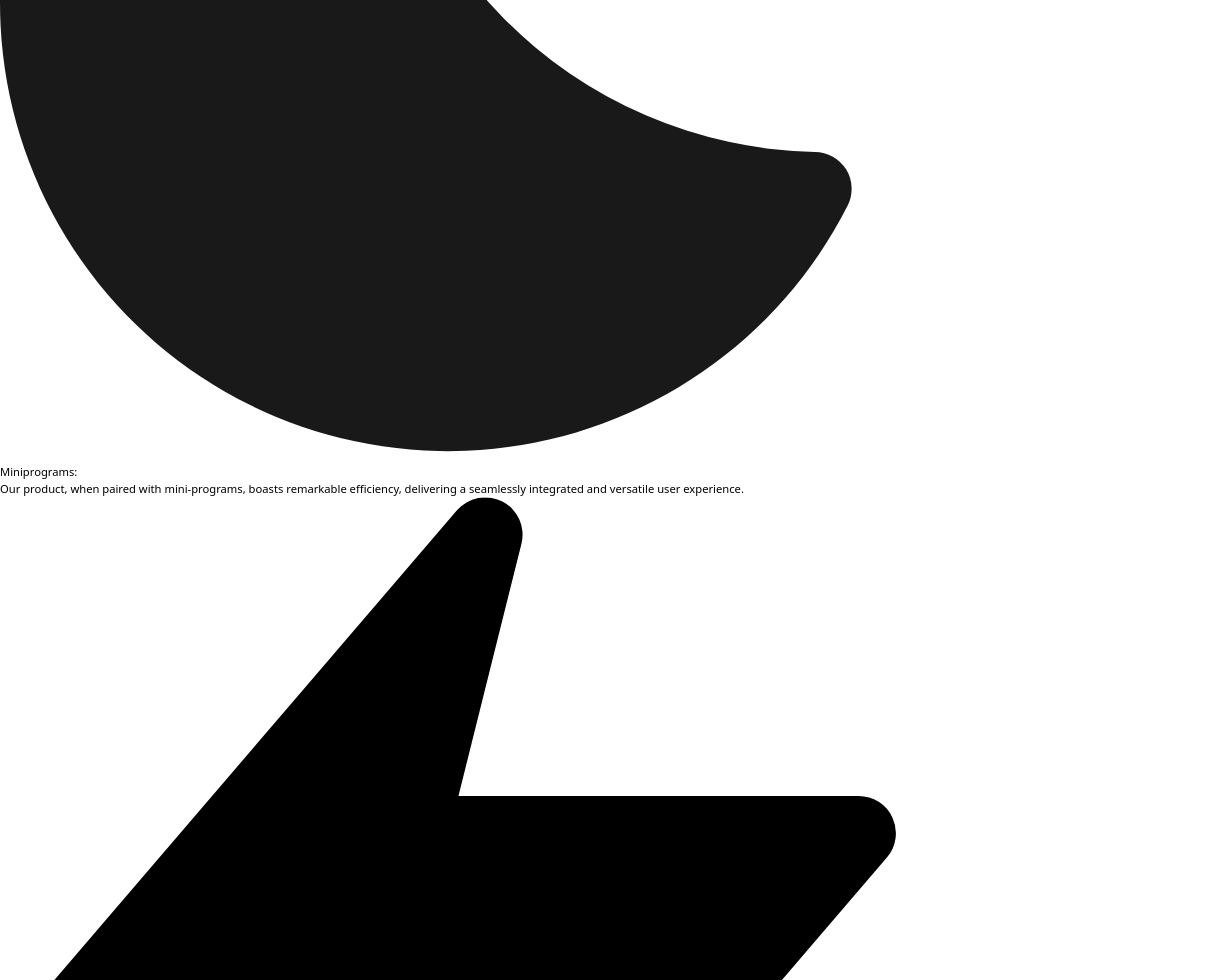
Repository: BarrySong97/flysky-landing
Page: /
An editor plug-in stored every save of this project. The page is shown before and after the next save, followed by the edit.
The browser window is 1280 px wide. The page is 1760 px wide, so the pictures cover 1760 px, including what lies to the right of the window. The pictures show the part of the page from y = 4851 to 6251 px (the page is 23751 px tall), at 70% of full size.
The project was rebuilt for these pictures with package versions that can differ from the ones it lists, and the page was loaded fresh each time. Also part of the build but not shown: vite.config.js, src/partials/Banner.jsx, src/pages/SignIn.jsx, src/pages/SignUp.jsx, src/pages/ResetPassword.jsx.

Above is the page before, as saved 2023-12-10 09:50:23.

### index.html
<!DOCTYPE html>
<html lang="en">
  <head>
    <meta charset="UTF-8" />
    <link rel="icon" type="image/svg+xml" href="/src/favicon.svg" />
    <meta name="viewport" content="width=device-width, initial-scale=1.0" />
    <title>Vite App</title>
  </head>
  <body class="font-inter antialiased bg-white text-gray-900 tracking-tight">
    <noscript>You need to enable JavaScript to run this app.</noscript>
    <script>
        if (localStorage.getItem('sidebar-expanded') == 'true') {
            document.querySelector('body').classList.add('sidebar-expanded');
        } else {
            document.querySelector('body').classList.remove('sidebar-expanded');
        }
    </script>
    <div id="root"></div>
    <script type="module" src="/src/main.jsx"></script>
  </body>
</html>

### src/App.jsx
import React, { useEffect } from 'react';
import {
  Routes,
  Route,
  useLocation
} from 'react-router-dom';

import 'aos/dist/aos.css';
import './css/style.css';

import AOS from 'aos';

import Home from './pages/Home';
import SignIn from './pages/SignIn';
import SignUp from './pages/SignUp';
import ResetPassword from './pages/ResetPassword';

function App() {

  const location = useLocation();

  useEffect(() => {
    AOS.init({
      once: true,
      disable: 'phone',
      duration: 700,
      easing: 'ease-out-cubic',
    });
  });

  useEffect(() => {
    document.querySelector('html').style.scrollBehavior = 'auto'
    window.scroll({ top: 0 })
    document.querySelector('html').style.scrollBehavior = ''
  }, [location.pathname]); // triggered on route change

  return (
    <>
      <Routes>
        <Route exact path="/" element={<Home />} />
        <Route path="/signin" element={<SignIn />} />
        <Route path="/signup" element={<SignUp />} />
        <Route path="/reset-password" element={<ResetPassword />} />
      </Routes>
    </>
  );
}

export default App;

### src/pages/Home.jsx
import React from "react";

import Header from "../partials/Header";
import HeroHome from "../partials/HeroHome";
import FeaturesHome from "../partials/Features";
import FeaturesBlocks from "../partials/FeaturesBlocks";
import Testimonials from "../partials/Testimonials";
import Newsletter from "../partials/Newsletter";
import Footer from "../partials/Footer";
import Banner from "../partials/Banner";

function Home() {
  return (
    <div className="flex flex-col min-h-screen overflow-hidden">
      {/*  Site header */}
      <Header />

      {/*  Page content */}
      <main className="flex-grow">
        {/*  Page sections */}
        <HeroHome />
        <FeaturesHome />
        <FeaturesBlocks />
        <Testimonials />
        <Newsletter />
      </main>

      {/*  Site footer */}
      <Footer />
    </div>
  );
}

export default Home;

### src/css/additional-styles/utility-patterns.css
/* Typography */
.h1 {
    @apply text-4xl font-extrabold leading-tight tracking-tighter;
}

.h2 {
    @apply text-3xl font-extrabold leading-tight tracking-tighter;
}

.h3 {
    @apply text-3xl font-bold leading-tight;
}

.h4 {
    @apply text-2xl font-bold leading-snug tracking-tight;
}

@screen md {
    .h1 {
        @apply text-5xl;
    }

    .h2 {
        @apply text-4xl;
    }
}

/* Buttons */
.btn,
.btn-sm {
    @apply font-medium inline-flex items-center justify-center border border-transparent rounded leading-snug transition duration-150 ease-in-out;
}

.btn {
    @apply px-8 py-3 shadow-lg;
}

.btn-sm {
    @apply px-4 py-2 shadow;
}

/* Forms */
.form-input,
.form-textarea,
.form-multiselect,
.form-select,
.form-checkbox,
.form-radio {
    @apply bg-white border border-gray-300 focus:border-gray-500;
}

.form-input,
.form-textarea,
.form-multiselect,
.form-select,
.form-checkbox {
    @apply rounded;
}

.form-input,
.form-textarea,
.form-multiselect,
.form-select {
    @apply py-3 px-4;
}

.form-input,
.form-textarea {
    @apply placeholder-gray-500;
}

.form-select {
    @apply pr-10;
}

.form-checkbox,
.form-radio {
    @apply text-gray-800 rounded-sm;
}

### src/css/additional-styles/range-slider.css
/* Range slider */
:root {
    --range-thumb-size: 36px;
}

input[type=range] {
    appearance: none;
    background: #ccc;
    border-radius: 3px;
    height: 6px;
    margin-top: (--range-thumb-size - 6px) * 0.5;
    margin-bottom: (--range-thumb-size - 6px) * 0.5;
    --thumb-size: #{--range-thumb-size};
}

input[type=range]::-webkit-slider-thumb {
    appearance: none;
    -webkit-appearance: none;
    background-color: #000;
    background-image: url("data:[embedded picture, 172 characters]");
    background-position: center;
    background-repeat: no-repeat;
    border: 0;
    border-radius: 50%;
    cursor: pointer;
    height: --range-thumb-size;
    width: --range-thumb-size;
}

input[type=range]::-moz-range-thumb {
    background-color: #000;
    background-image: url("data:[embedded picture, 172 characters]");
    background-position: center;
    background-repeat: no-repeat;
    border: 0;
    border: none;
    border-radius: 50%;
    cursor: pointer;
    height: --range-thumb-size;
    width: --range-thumb-size;
}

input[type=range]::-ms-thumb {
    background-color: #000;
    background-image: url("data:[embedded picture, 172 characters]");
    background-position: center;
    background-repeat: no-repeat;
    border: 0;
    border-radius: 50%;
    cursor: pointer;
    height: --range-thumb-size;
    width: --range-thumb-size;
}

input[type=range]::-moz-focus-outer {
    border: 0;
}

### src/partials/Features.jsx
import React, { useState, useRef, useEffect } from "react";
import Transition from "../utils/Transition";

import FeaturesBg from "../images/features-bg.png";
import FeaturesElement from "../images/features-element.png";

function Features() {
  const [tab, setTab] = useState(1);

  const tabs = useRef(null);

  const heightFix = () => {
    if (tabs.current.children[tab]) {
      tabs.current.style.height =
        tabs.current.children[tab - 1].offsetHeight + "px";
    }
  };

  useEffect(() => {
    heightFix();
    // eslint-disable-next-line react-hooks/exhaustive-deps
  }, [tab]);

  return (
    <section className="relative">
      {/* Section background (needs .relative class on parent and next sibling elements) */}
      <div
        className="absolute inset-0 bg-gray-100 pointer-events-none mb-16"
        aria-hidden="true"
      ></div>
      <div className="absolute left-0 right-0 m-auto w-px p-px h-20 bg-gray-200 transform -translate-y-1/2"></div>

      <div className="relative max-w-6xl mx-auto px-4 sm:px-6">
        <div className="pt-12 md:pt-20">
          {/* Section header */}
          <div className="max-w-3xl mx-auto text-center pb-12 md:pb-16">
            <h1 className="h2 mb-4">Explore the solutions</h1>
            <p className="text-xl text-gray-600">
              Discover a myriad of solutions tailored for your school's needs.
              Dive into a comprehensive suite of tools designed to streamline
              administrative tasks, manage student records efficiently, and
              facilitate seamless communication among staff, students, and
              parents.
            </p>
          </div>

          {/* Section content */}
          <div className="md:grid md:grid-cols-12 md:gap-6">
            {/* Content */}
            <div
              className="max-w-xl md:max-w-none md:w-full mx-auto md:col-span-7 lg:col-span-6 md:mt-6"
              data-aos="fade-right"
            >
              <div className="md:pr-4 lg:pr-12 xl:pr-16 mb-8">
                <h3 className="h3 mb-3">Powerful suite of tools</h3>
              </div>
              {/* Tabs buttons */}
              <div className="mb-8 md:mb-0">
                <a
                  className={`flex items-center text-lg p-5 rounded border transition duration-300 ease-in-out mb-3 ${
                    tab !== 1
                      ? "bg-white shadow-md border-gray-200 hover:shadow-lg"
                      : "bg-gray-200 border-transparent"
                  }`}
                  href="#0"
                  onClick={(e) => {
                    e.preventDefault();
                    setTab(1);
                  }}
                >
                  <div>
                    <div className="font-bold leading-snug tracking-tight mb-1">
                      Schedule Management:
                    </div>
                    <div className="text-gray-600">
                      Simplify class, event, and resource scheduling
                      effortlessly, maximizing efficiency in faculty, student.
                    </div>
                  </div>
                  <div className="flex justify-center items-center w-8 h-8 bg-white rounded-full shadow flex-shrink-0 ml-3">
                    <svg
                      className="w-3 h-3 fill-current"
                      viewBox="0 0 12 12"
                      xmlns="http://www.w3.org/2000/svg"
                    >
                      <path
                        d="M11.854.146a.5.5 0 00-.525-.116l-11 4a.5.5 0 00-.015.934l4.8 1.921 1.921 4.8A.5.5 0 007.5 12h.008a.5.5 0 00.462-.329l4-11a.5.5 0 00-.116-.525z"
                        fillRule="nonzero"
                      />
                    </svg>
                  </div>
                </a>
                <a
                  className={`flex items-center text-lg p-5 rounded border transition duration-300 ease-in-out mb-3 ${
                    tab !== 2
                      ? "bg-white shadow-md border-gray-200 hover:shadow-lg"
                      : "bg-gray-200 border-transparent"
                  }`}
                  href="#0"
                  onClick={(e) => {
                    e.preventDefault();
                    setTab(2);
                  }}
                >
                  <div>
                    <div className="font-bold leading-snug tracking-tight mb-1">
                      Calendar Organization:
                    </div>
                    <div className="text-gray-600">
                      Centralize all school-related events and deadlines within
                      an intuitive calendar interface.
                    </div>
                  </div>
                  <div className="flex justify-center items-center w-8 h-8 bg-white rounded-full shadow flex-shrink-0 ml-3">
                    <svg
                      className="w-3 h-3 fill-current"
                      viewBox="0 0 12 12"
                      xmlns="http://www.w3.org/2000/svg"
                    >
                      <path
                        d="M11.334 8.06a.5.5 0 00-.421-.237 6.023 6.023 0 01-5.905-6c0-.41.042-.82.125-1.221a.5.5 0 00-.614-.586 6 6 0 106.832 8.529.5.5 0 00-.017-.485z"
                        fill="#191919"
                        fillRule="nonzero"
                      />
                    </svg>
                  </div>
                </a>
                <a
                  className={`flex items-center text-lg p-5 rounded border transition duration-300 ease-in-out mb-3 ${
                    tab !== 3
                      ? "bg-white shadow-md border-gray-200 hover:shadow-lg"
                      : "bg-gray-200 border-transparent"
                  }`}
                  href="#0"
                  onClick={(e) => {
                    e.preventDefault();
                    setTab(3);
                  }}
                >
                  <div>
                    <div className="font-bold leading-snug tracking-tight mb-1">
                      Automated Invoice PDFs and Email Integration:
                    </div>
                    <div className="text-gray-600">
                      Billing processes by automating professional invoice
                      generation.
                    </div>
                  </div>
                  <div className="flex justify-center items-center w-8 h-8 bg-white rounded-full shadow flex-shrink-0 ml-3">
                    <svg
                      className="w-3 h-3 fill-current"
                      viewBox="0 0 12 12"
                      xmlns="http://www.w3.org/2000/svg"
                    >
                      <path
                        d="M11.334 8.06a.5.5 0 00-.421-.237 6.023 6.023 0 01-5.905-6c0-.41.042-.82.125-1.221a.5.5 0 00-.614-.586 6 6 0 106.832 8.529.5.5 0 00-.017-.485z"
                        fill="#191919"
                        fillRule="nonzero"
                      />
                    </svg>
                  </div>
                </a>
                <a
                  className={`flex items-center text-lg p-5 rounded border transition duration-300 ease-in-out mb-3 ${
                    tab !== 4
                      ? "bg-white shadow-md border-gray-200 hover:shadow-lg"
                      : "bg-gray-200 border-transparent"
                  }`}
                  href="#0"
                  onClick={(e) => {
                    e.preventDefault();
                    setTab(4);
                  }}
                >
                  <div>
                    <div className="font-bold leading-snug tracking-tight mb-1">
                      Miniprograms:
                    </div>
                    <div className="text-gray-600">
                      Our product, when paired with mini-programs, boasts
                      remarkable efficiency, delivering a seamlessly integrated
                      and versatile user experience.
                    </div>
                  </div>
                  <div className="flex justify-center items-center w-8 h-8 bg-white rounded-full shadow flex-shrink-0 ml-3">
                    <svg
                      className="w-3 h-3 fill-current"
                      viewBox="0 0 12 12"
                      xmlns="http://www.w3.org/2000/svg"
                    >
                      <path d="M11.953 4.29a.5.5 0 00-.454-.292H6.14L6.984.62A.5.5 0 006.12.173l-6 7a.5.5 0 00.379.825h5.359l-.844 3.38a.5.5 0 00.864.445l6-7a.5.5 0 00.075-.534z" />
                    </svg>
                  </div>
                </a>
              </div>
            </div>

            {/* Tabs items */}
            <div
              className="max-w-xl md:max-w-none md:w-full mx-auto md:col-span-5 lg:col-span-6 mb-8 md:mb-0 md:order-1"
              data-aos="zoom-y-out"
              ref={tabs}
            >
              <div className="relative flex flex-col text-center lg:text-right">
                {/* Item 1 */}
                <Transition
                  show={tab === 1}
                  appear={true}
                  className="w-full"
                  enter="transition ease-in-out duration-700 transform order-first"
                  enterStart="opacity-0 translate-y-16"
                  enterEnd="opacity-100 translate-y-0"
                  leave="transition ease-in-out duration-300 transform absolute"
                  leaveStart="opacity-100 translate-y-0"
                  leaveEnd="opacity-0 -translate-y-16"
                >
                  <div className="relative inline-flex flex-col">
                    <img
                      className="md:max-w-none mx-auto rounded"
                      src={FeaturesBg}
                      width="500"
                      height="462"
                      alt="Features bg"
                    />
                    <img
                      className="md:max-w-none absolute w-full left-0 transform animate-float"
                      src={FeaturesElement}
                      width="500"
                      height="44"
                      alt="Element"
                      style={{ top: "30%" }}
                    />
                  </div>
                </Transition>
                {/* Item 2 */}
                <Transition
                  show={tab === 2}
                  appear={true}
                  className="w-full"
                  enter="transition ease-in-out duration-700 transform order-first"
                  enterStart="opacity-0 translate-y-16"
                  enterEnd="opacity-100 translate-y-0"
                  leave="transition ease-in-out duration-300 transform absolute"
                  leaveStart="opacity-100 translate-y-0"
                  leaveEnd="opacity-0 -translate-y-16"
                >
                  <div className="relative inline-flex flex-col">
                    <img
                      className="md:max-w-none mx-auto rounded"
                      src={FeaturesBg}
                      width="500"
                      height="462"
                      alt="Features bg"
                    />
                    <img
                      className="md:max-w-none absolute w-full left-0 transform animate-float"
                      src={FeaturesElement}
                      width="500"
                      height="44"
                      alt="Element"
                      style={{ top: "30%" }}
                    />
                  </div>
                </Transition>
                {/* Item 3 */}
                <Transition
                  show={tab === 3}
                  appear={true}
                  className="w-full"
                  enter="transition ease-in-out duration-700 transform order-first"
                  enterStart="opacity-0 translate-y-16"
                  enterEnd="opacity-100 translate-y-0"
                  leave="transition ease-in-out duration-300 transform absolute"
                  leaveStart="opacity-100 translate-y-0"
                  leaveEnd="opacity-0 -translate-y-16"
                >
                  <div className="relative inline-flex flex-col">
                    <img
                      className="md:max-w-none mx-auto rounded"
                      src={FeaturesBg}
                      width="500"
                      height="462"
                      alt="Features bg"
                    />
                    <img
                      className="md:max-w-none absolute w-full left-0 transform animate-float"
                      src={FeaturesElement}
                      width="500"
                      height="44"
                      alt="Element"
                      style={{ top: "30%" }}
                    />
                  </div>
                </Transition>
              </div>
            </div>
          </div>
        </div>
      </div>
    </section>
  );
}

export default Features;

### src/utils/Modal.jsx
import React, { useEffect, useRef } from 'react';
import PropTypes from 'prop-types';
import Transition from '../utils/Transition';

function Modal({
  children,
  id,
  ariaLabel,
  show,
  handleClose
}) {

  const modalContent = useRef(null);

  // close the modal on click outside
  useEffect(() => {
    const clickHandler = ({ target }) => {
      if (!show || modalContent.current.contains(target)) return;
      handleClose();
    };
    document.addEventListener('click', clickHandler);
    return () => document.removeEventListener('click', clickHandler);
  });

  // close the modal if the esc key is pressed
  useEffect(() => {
    const keyHandler = ({ keyCode }) => {
      if (keyCode !== 27) return;
      handleClose();
    };
    document.addEventListener('keydown', keyHandler);

    return () => document.removeEventListener('keydown', keyHandler);
  });

  return (
    <>
      {/* Modal backdrop */}
      <Transition
        className="fixed inset-0 z-50 bg-white bg-opacity-75 transition-opacity backdrop-blur-sm"
        show={show}
        enter="transition ease-out duration-200"
        enterStart="opacity-0"
        enterEnd="opacity-100"
        leave="transition ease-out duration-100"
        leaveStart="opacity-100"
        leaveEnd="opacity-0"
        aria-hidden="true"
      />

      {/* Modal dialog */}
      <Transition
        id={id}
        className="fixed inset-0 z-50 overflow-hidden flex items-center justify-center transform px-4 sm:px-6"
        role="dialog"
        aria-modal="true"
        aria-labelledby={ariaLabel}
        show={show}
        enter="transition ease-out duration-200"
        enterStart="opacity-0 scale-95"
        enterEnd="opacity-100 scale-100"
        leave="transition ease-out duration-200"
        leaveStart="opacity-100 scale-100"
        leaveEnd="opacity-0 scale-95"
      >
        <div className="bg-white overflow-auto max-w-6xl w-full max-h-full" ref={modalContent}>
          {children}
        </div>
      </Transition>
    </>
  );
}

export default Modal;

Modal.propTypes = {
  children: PropTypes.oneOfType([
    PropTypes.arrayOf(PropTypes.element),
    PropTypes.element.isRequired
  ]),
  id: PropTypes.string,
  ariaLabel: PropTypes.string,
  show: PropTypes.bool.isRequired,
  handleClose: PropTypes.func.isRequired
};

Loaded but not shown: src/main.jsx (common file); src/css/style.css (common file); src/css/additional-styles/toggle-switch.css (common file); src/partials/Testimonials.jsx (106 lines, source omitted); src/partials/Footer.jsx (164 lines, source omitted); src/partials/FeaturesBlocks.jsx (128 lines, source omitted); src/css/additional-styles/theme.css (181 lines, source omitted); src/partials/HeroHome.jsx (143 lines, source omitted); src/partials/Newsletter.jsx (67 lines, source omitted); src/utils/Transition.jsx (116 lines, source omitted); src/partials/Header.jsx (73 lines, source omitted)

After the next save:
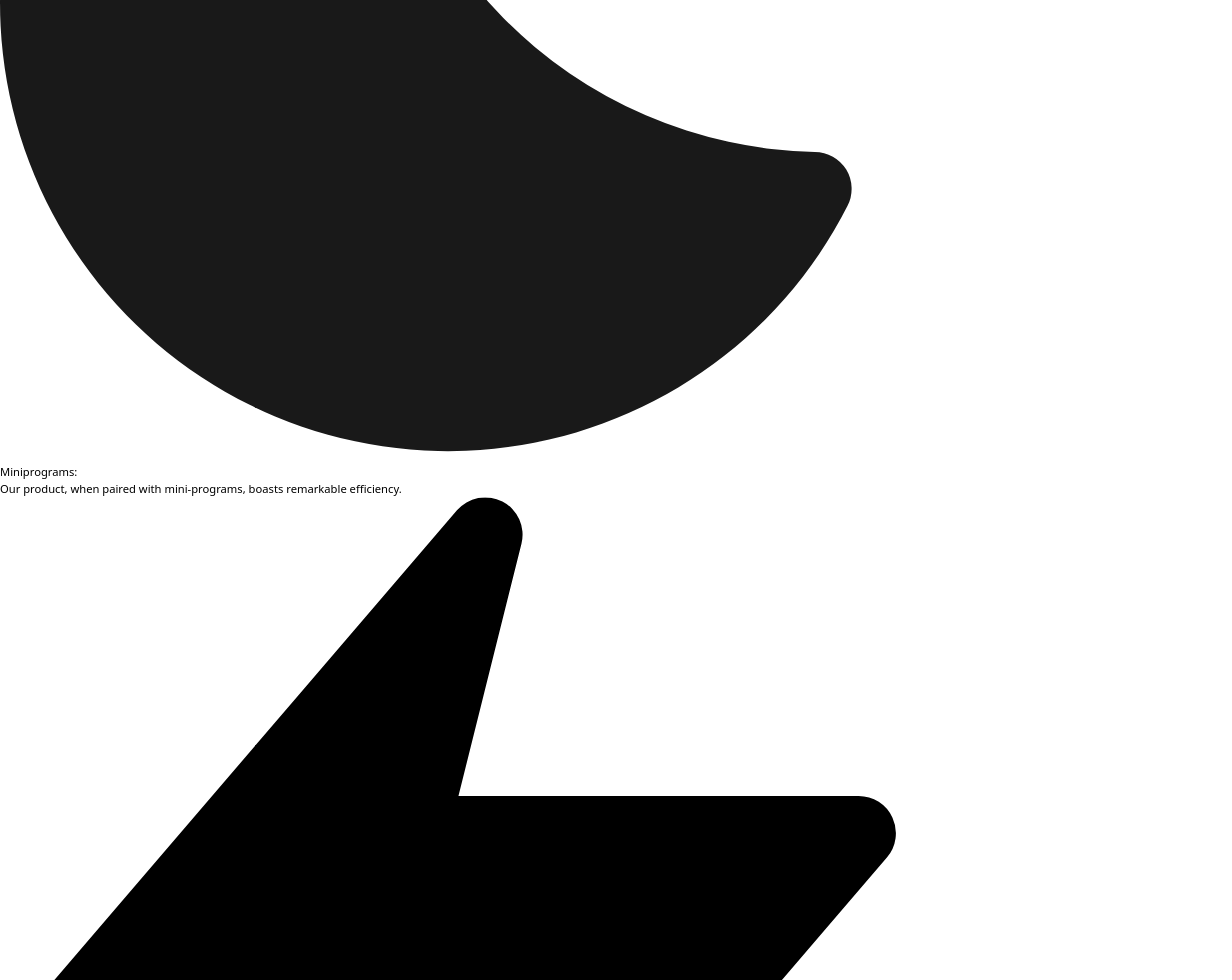
Saved 7 s later.
--- a/src/partials/Features.jsx
+++ b/src/partials/Features.jsx
@@ -178,8 +178,7 @@ function Features() {
                     </div>
                     <div className="text-gray-600">
                       Our product, when paired with mini-programs, boasts
-                      remarkable efficiency, delivering a seamlessly integrated
-                      and versatile user experience.
+                      remarkable efficiency.
                     </div>
                   </div>
                   <div className="flex justify-center items-center w-8 h-8 bg-white rounded-full shadow flex-shrink-0 ml-3">
